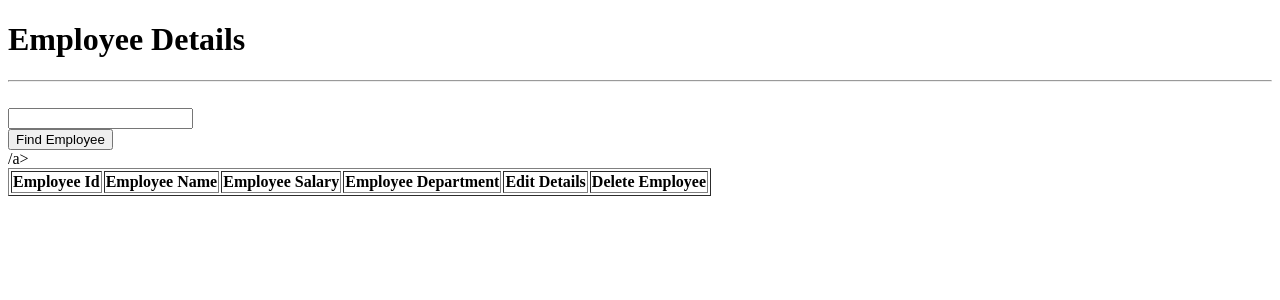
Repository: Amrinshaik/Day10
Page: http://localhost/EmployeeApp/displayAllEmployeeDetails.jsp
An editor plug-in stored every save of this project. The page is shown before and after the next save, followed by the edit.
The browser window is 1280 px wide. The pictures show the whole page.
The page is served by Tomcat 9. Other server files are loaded and not shown. The template is opened directly, without the code that normally fills it, so the values that code supplies are empty.

Above is the page before, as saved 2018-09-08 10:27:09.

### EmployeeApp/WebContent/displayAllEmployeeDetails.jsp
<%@ page language="java" contentType="text/html; charset=ISO-8859-1"
	pageEncoding="ISO-8859-1"%>

<%@taglib uri="http://java.sun.com/jstl/core_rt" prefix="c"%>
<!DOCTYPE html>
<html>
<head>
<meta charset="ISO-8859-1">
<title>All Employee Details</title>
</head>
<body>
	<h1>Employee Details</h1>
	<hr>
	<br>
	<form action="findEmployeeById" method="get">
  <input type="text" name="employeeId"><br>
  <input type="submit" value="Find Employee">
</form>
/a>
	<table border="1">
		<tr>
			<th>Employee Id</th>
			<th>Employee Name</th>
			<th>Employee Salary</th>
			<th>Employee Department</th>
			<th>Edit Details</th>
			<th>Delete Employee</th>
		</tr>
		<c:forEach var="employee" items="${requestScope.employeesList}">
			<tr>
				<td>${employee.employeeId}</td>
				<td>${employee.employeeName}</td>
				<td>${employee.employeeSalary}</td>
				<td>${employee.employeeDepartment}</td>
				<td><a href="">Edit</a></td>
				<td><a href="deleteEmployee?empId=${employee.employeeId}">Delete</a></td>

		</c:forEach>
	</table>
</body>
</html>

After the next save:
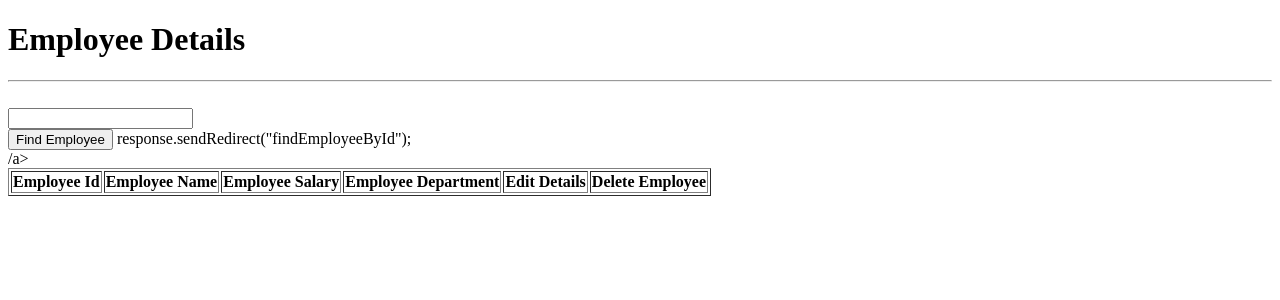
Saved 2 min 16 s later.
--- a/EmployeeApp/WebContent/displayAllEmployeeDetails.jsp
+++ b/EmployeeApp/WebContent/displayAllEmployeeDetails.jsp
@@ -15,6 +15,7 @@
 	<form action="findEmployeeById" method="get">
   <input type="text" name="employeeId"><br>
   <input type="submit" value="Find Employee">
+  response.sendRedirect("findEmployeeById");
 </form>
 /a>
 	<table border="1">
